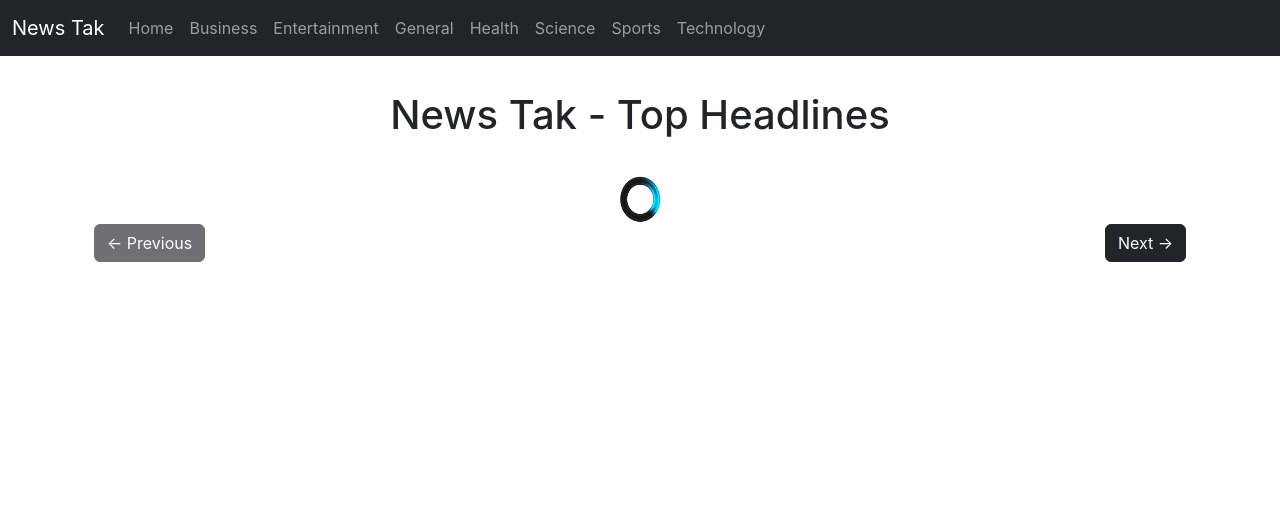
Repository: Rohit-foryou/News-website
Page: /business
An editor plug-in stored every save of this project. The page is shown before and after a run of saves, followed by the edit.
The browser window is 1280 px wide. The pictures show the whole page.
The page's requests for data from a server got no answer. The project was rebuilt for these pictures with package versions that can differ from the ones it lists, and the page was loaded fresh each time. A package was used in the major version that the imports need, not the one package.json lists. No one was signed in, and anything a server would have sent is missing. Also part of the build but not shown: src/Components/NewsItem.js.

Above is the page before, as saved 2024-01-10 21:26:24.

### public/index.html
<!DOCTYPE html>
<html lang="en">
  <head>
    <meta charset="utf-8" />
    <link rel="icon" href="%PUBLIC_URL%/favicon.ico" />
    <meta name="viewport" content="width=device-width, initial-scale=1" />
    <meta name="theme-color" content="#000000" />
    <meta
      name="description"
      content="News Tak is used to see latest news fast and easy"
    />
    <link rel="apple-touch-icon" href="%PUBLIC_URL%/logo192.png" />
    <!--
      manifest.json provides metadata used when your web app is installed on a
      user's mobile device or desktop. See https://developers.google.com/web/fundamentals/web-app-manifest/
    -->
    <link rel="manifest" href="%PUBLIC_URL%/manifest.json" />
    <!--
      Notice the use of %PUBLIC_URL% in the tags above.
      It will be replaced with the URL of the `public` folder during the build.
      Only files inside the `public` folder can be referenced from the HTML.

      Unlike "/favicon.ico" or "favicon.ico", "%PUBLIC_URL%/favicon.ico" will
      work correctly both with client-side routing and a non-root public URL.
      Learn how to configure a non-root public URL by running `npm run build`.
    -->
    <title>News Tak</title>
    <link href="https://cdn.jsdelivr.net/npm/bootstrap@5.3.2/dist/css/bootstrap.min.css" rel="stylesheet" integrity="sha384-T3c6CoIi6uLrA9TneNEoa7RxnatzjcDSCmG1MXxSR1GAsXEV/Dwwykc2MPK8M2HN" crossorigin="anonymous">
  </head>
  <body>
    <noscript>You need to enable JavaScript to run this app.</noscript>
    <div id="root"></div>
    <!--
      This HTML file is a template.
      If you open it directly in the browser, you will see an empty page.

      You can add webfonts, meta tags, or analytics to this file.
      The build step will place the bundled scripts into the <body> tag.

      To begin the development, run `npm start` or `yarn start`.
      To create a production bundle, use `npm run build` or `yarn build`.
    -->
    <script src="https://cdn.jsdelivr.net/npm/bootstrap@5.3.2/dist/js/bootstrap.bundle.min.js" integrity="sha384-C6RzsynM9kWDrMNeT87bh95OGNyZPhcTNXj1NW7RuBCsyN/o0jlpcV8Qyq46cDfL" crossorigin="anonymous"></script>
  </body>
</html>

### src/App.js
import React, { Component } from 'react'
import NavBar from './Components/NavBar'
import News from './Components/News'

export class App extends Component {
  render() {
    return (
      <div>
        <NavBar/>
        <News pageSize={5} category='health'/>
      </div>
    )
  }
}

export default App

### src/Components/NavBar.js
import React, { Component } from "react";

export default class NavBar extends Component {
  render() {
    return (
      <div>
        <nav className="navbar navbar-expand-lg navbar-dark bg-dark">
          <div className="container-fluid">
            <a className="navbar-brand" href="/">
              News Tak
            </a>
            <button
              className="navbar-toggler"
              type="button"
              data-bs-toggle="collapse"
              data-bs-target="#navbarSupportedContent"
              aria-controls="navbarSupportedContent"
              aria-expanded="false"
              aria-label="Toggle navigation"
            >
              <span className="navbar-toggler-icon"></span>
            </button>
            <div
              className="collapse navbar-collapse"
              id="navbarSupportedContent"
            >
              <ul className="navbar-nav me-auto mb-2 mb-lg-0">
                <li className="nav-item">
                  <a className="nav-link" aria-current="page" href="/">
                    Home
                  </a>
                </li>
                <li className="nav-item">
                  <a className="nav-link" href="/business">
                    Business
                  </a>
                </li>
                <li className="nav-item">
                  <a className="nav-link" href="/entertainment">
                    Entertainment
                  </a>
                </li>
                <li className="nav-item">
                  <a className="nav-link" href="/general">
                    General
                  </a>
                </li>
                <li className="nav-item">
                  <a className="nav-link" href="/health">
                    Health
                  </a>
                </li>
                <li className="nav-item">
                  <a className="nav-link" href="/science">
                    Science
                  </a>
                </li>
                <li className="nav-item">
                  <a className="nav-link" href="/sports">
                    Sports
                  </a>
                </li>
                <li className="nav-item">
                  <a className="nav-link" href="/technology">
                    Technology
                  </a>
                </li>
              </ul>
            </div>
          </div>
        </nav>
      </div>
    );
  }
}

### src/Components/News.js
import React, { Component } from "react";
import NewsItem from "./NewsItem";
import Spinner from "./Spinner";
import PropTypes from 'prop-types'


export class News extends Component {

  static defaultProps = {
    country: 'in',
    pageSize: 8,
    category: 'general',
  }

  static propTypes = {
    country: PropTypes.string,
    pageSize: PropTypes.number,
    category: PropTypes.string,
  }

  constructor() {
    super();
    // console.log("hello i am constructor");
    this.state = {
      articles: [],
      loading: false,
      page: 1,
    };
  }

  async componentDidMount() {
    let url =
      `https://newsapi.org/v2/top-headlines?country=${this.props.country}&category=${this.props.category}&apiKey=fa3dbec13bb44cd2a222250b4aea8871&page=1&pageSize=${this.props.pageSize}`;
      this.setState({loading: true});
    let data = await fetch(url);
    let parsedData = await data.json();
    console.log(parsedData);
    this.setState({
        articles: parsedData.articles, totalResults: parsedData.totalResults, loading: false });
  }

  handleNextClick = async () => {
    if(!(this.state.page + 1 >Math.ceil(this.state.totalResults/this.props.pageSize))){
        let url = `https://newsapi.org/v2/top-headlines?country=${this.props.country}&category=${this.props.category}&apiKey=fa3dbec13bb44cd2a222250b4aea8871&page=${this.state.page + 1}&pageSize=${this.props.pageSize}`;

        this.setState({loading: true});
        let data = await fetch(url);
        let parsedData = await data.json();
        console.log(parsedData);

        this.setState({
          page: this.state.page + 1,
          articles: parsedData.articles,
          loading: false
        });

    }
  };


  handlePrevClick = async () => {
    let url = `https://newsapi.org/v2/top-headlines?country=${this.props.country}&category=${this.props.category}&apiKey=fa3dbec13bb44cd2a222250b4aea8871&page=${this.state.page - 1}&pageSize=${this.props.pageSize}`;

      this.setState({loading: true});
      let data = await fetch(url);
      let parsedData = await data.json();
      console.log(parsedData);

      this.setState({
        page: this.state.page - 1,
        articles: parsedData.articles,
        loading: false,
      });
  };


  render() {
    return (
      <div className="container my-3">
        <h1 className="text-center" style={{margin: '35px 0px'}}>News Tak - Top Headlines</h1>
        {this.state.loading && <Spinner/>}

        <div className="row">
          {!this.state.loading && this.state.articles.map((element) => {
            return (
              <div className="col-md-4" key={element.url}>
                <NewsItem
                  title={element.title ? element.title.slice(0, 45) : ""}
                  description={
                    element.description ? element.description.slice(0, 83) : ""
                  }
                  imgUrl={element.urlToImage}
                  newsUrl={element.url}
                />
              </div>
            );
          })}
        </div>
        <div className="container d-flex justify-content-between">
          <button
            disabled={this.state.page <= 1}
            type="button"
            className="btn btn-dark"
            onClick={this.handlePrevClick}
          >
            &larr; Previous
          </button>
          <button
            disabled={this.state.page + 1 >Math.ceil(this.state.totalResults/this.props.pageSize)}
            type="button"
            className="btn btn-dark"
            onClick={this.handleNextClick}
          >
            Next &rarr;
          </button>
        </div>
      </div>
    );
  }
}

export default News;

### src/Components/Spinner.js
import React, { Component } from 'react';
import loading from './loading.gif';

export default class Spinner extends Component {
  render() {
    return (
      <div className='text-center'>
        <img src={loading} alt="loading" style={{ width: '50px', height: '50px' }} />
      </div>
    );
  }
}

Loaded but not shown: src/index.js (common file); src/index.css (common file); src/reportWebVitals.js (common file)

After the next 3 saves:
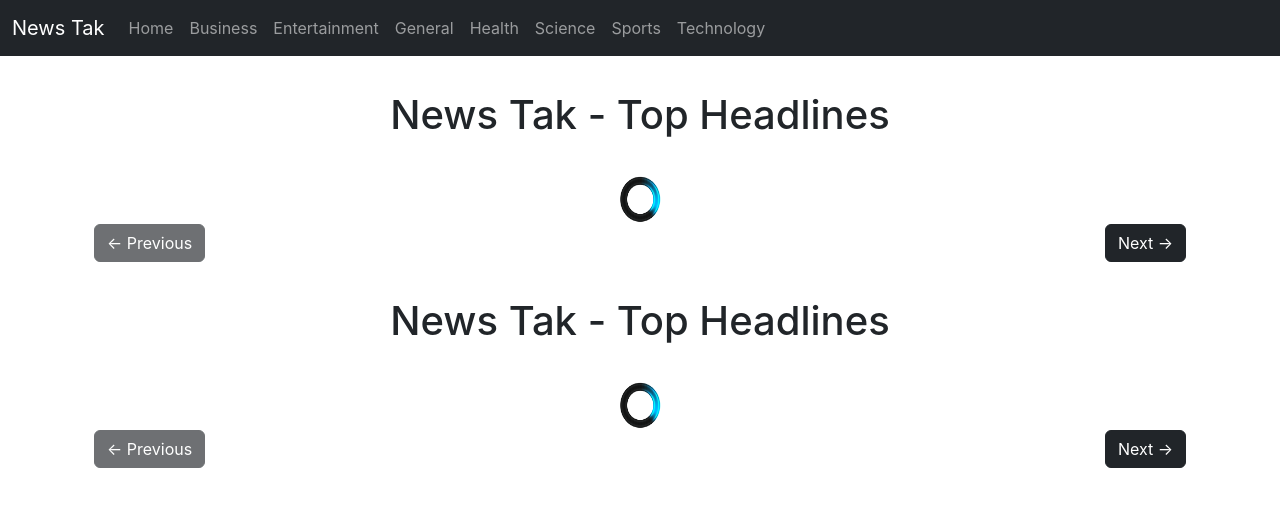
The 3 saves are shown as one change because 2 did not build or start.
The last was saved 18 min 37 s later.
--- a/src/App.js
+++ b/src/App.js
@@ -1,13 +1,31 @@
 import React, { Component } from 'react'
 import NavBar from './Components/NavBar'
 import News from './Components/News'
+import {
+  BrowserRouter as Router,
+  Switch,
+  Route,
+  Link,
+} from "react-router-dom";
 
 export class App extends Component {
   render() {
     return (
       <div>
+        <Router>
         <NavBar/>
-        <News pageSize={5} category='health'/>
+
+        <switch>
+          <Route path='/'><News pageSize={5} country= 'in' category='general'/></Route>
+          <Route path='/business'><News pageSize={5} country= 'in' category='business'/></Route>
+          <Route path='/entertainment'><News pageSize={5} country= 'in' category='entertainment'/></Route>
+          <Route path='/general'><News pageSize={5} country= 'in' category='general'/></Route>
+          <Route path='/health'><News pageSize={5} country= 'in' category='health'/></Route>
+          <Route path='/science'><News pageSize={5} country= 'in' category='science'/></Route>
+          <Route path='/sports'><News pageSize={5} country= 'in' category='sports'/></Route>
+          <Route path='/technology'><News pageSize={5} country= 'in' category='technology'/></Route>
+        </switch>
+        </Router>
       </div>
     )
   }
--- a/src/Components/NavBar.js
+++ b/src/Components/NavBar.js
@@ -1,4 +1,5 @@
 import React, { Component } from "react";
+import {Link} from "react-router-dom";
 
 export default class NavBar extends Component {
   render() {
@@ -6,9 +7,9 @@ export default class NavBar extends Component {
       <div>
         <nav className="navbar navbar-expand-lg navbar-dark bg-dark">
           <div className="container-fluid">
-            <a className="navbar-brand" href="/">
+            <Link className="navbar-brand" to="/">
               News Tak
-            </a>
+            </Link>
             <button
               className="navbar-toggler"
               type="button"
@@ -26,44 +27,44 @@ export default class NavBar extends Component {
             >
               <ul className="navbar-nav me-auto mb-2 mb-lg-0">
                 <li className="nav-item">
-                  <a className="nav-link" aria-current="page" href="/">
+                  <Link className="nav-link" aria-current="page" to="/">
                     Home
-                  </a>
+                  </Link>
                 </li>
                 <li className="nav-item">
-                  <a className="nav-link" href="/business">
+                  <Link className="nav-link" to="/business">
                     Business
-                  </a>
+                  </Link>
                 </li>
                 <li className="nav-item">
-                  <a className="nav-link" href="/entertainment">
+                  <Link className="nav-link" to="/entertainment">
                     Entertainment
-                  </a>
+                  </Link>
                 </li>
                 <li className="nav-item">
-                  <a className="nav-link" href="/general">
+                  <Link className="nav-link" to="/general">
                     General
-                  </a>
+                  </Link>
                 </li>
                 <li className="nav-item">
-                  <a className="nav-link" href="/health">
+                  <Link className="nav-link" to="/health">
                     Health
-                  </a>
+                  </Link>
                 </li>
                 <li className="nav-item">
-                  <a className="nav-link" href="/science">
+                  <Link className="nav-link" to="/science">
                     Science
-                  </a>
+                  </Link>
                 </li>
                 <li className="nav-item">
-                  <a className="nav-link" href="/sports">
+                  <Link className="nav-link" to="/sports">
                     Sports
-                  </a>
+                  </Link>
                 </li>
                 <li className="nav-item">
-                  <a className="nav-link" href="/technology">
+                  <Link className="nav-link" to="/technology">
                     Technology
-                  </a>
+                  </Link>
                 </li>
               </ul>
             </div>

After the save that followed:
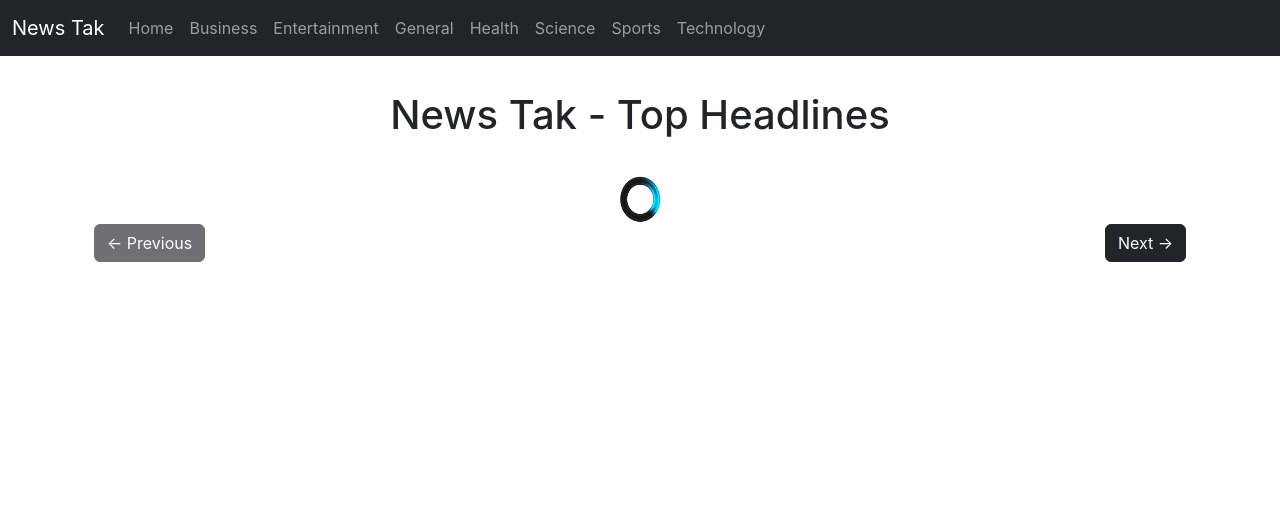
Saved 58 s later.
--- a/src/App.js
+++ b/src/App.js
@@ -1,11 +1,10 @@
-import React, { Component } from 'react'
-import NavBar from './Components/NavBar'
-import News from './Components/News'
+import React, { Component } from 'react';
+import NavBar from './Components/NavBar';
+import News from './Components/News';
 import {
   BrowserRouter as Router,
   Switch,
   Route,
-  Link,
 } from "react-router-dom";
 
 export class App extends Component {
@@ -13,22 +12,21 @@
     return (
       <div>
         <Router>
-        <NavBar/>
-
-        <switch>
-          <Route path='/'><News pageSize={5} country= 'in' category='general'/></Route>
-          <Route path='/business'><News pageSize={5} country= 'in' category='business'/></Route>
-          <Route path='/entertainment'><News pageSize={5} country= 'in' category='entertainment'/></Route>
-          <Route path='/general'><News pageSize={5} country= 'in' category='general'/></Route>
-          <Route path='/health'><News pageSize={5} country= 'in' category='health'/></Route>
-          <Route path='/science'><News pageSize={5} country= 'in' category='science'/></Route>
-          <Route path='/sports'><News pageSize={5} country= 'in' category='sports'/></Route>
-          <Route path='/technology'><News pageSize={5} country= 'in' category='technology'/></Route>
-        </switch>
+          <NavBar />
+          <Switch>
+            <Route path='/'><News pageSize={5} country='in' category='general' /></Route>
+            <Route path='/business'><News pageSize={5} country='in' category='business' /></Route>
+            <Route path='/entertainment'><News pageSize={5} country='in' category='entertainment' /></Route>
+            <Route path='/general'><News pageSize={5} country='in' category='general' /></Route>
+            <Route path='/health'><News pageSize={5} country='in' category='health' /></Route>
+            <Route path='/science'><News pageSize={5} country='in' category='science' /></Route>
+            <Route path='/sports'><News pageSize={5} country='in' category='sports' /></Route>
+            <Route path='/technology'><News pageSize={5} country='in' category='technology' /></Route>
+          </Switch>
         </Router>
       </div>
-    )
+    );
   }
 }
 
-export default App
+export default App;
